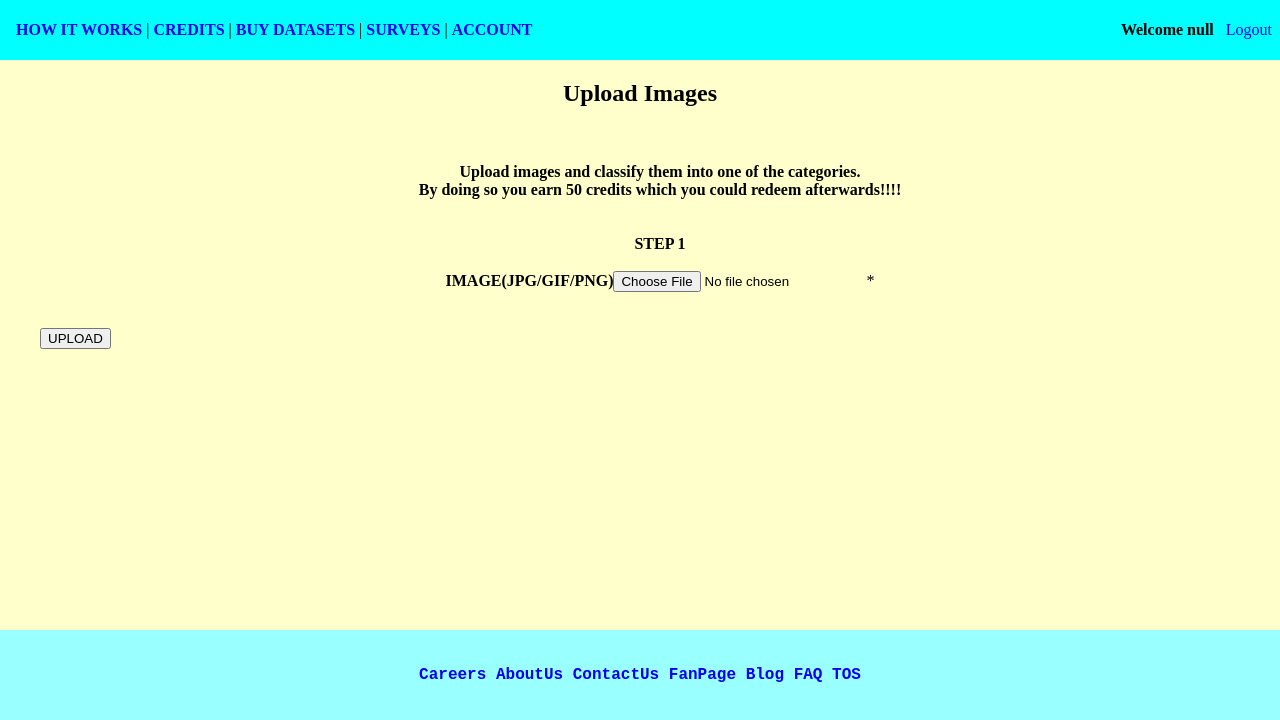
Repository: nicks707/LocoShack_TGMC-project
Page: http://localhost/ram/uploadphoto.jsp
An editor plug-in stored every save of this project. The page is shown before and after the next save, followed by the edit.
The browser window is 1280 px wide. The pictures show the whole page.
The page is served by Tomcat 9.

Above is the page before, as saved 2012-03-20 15:06:43.

After the next save:
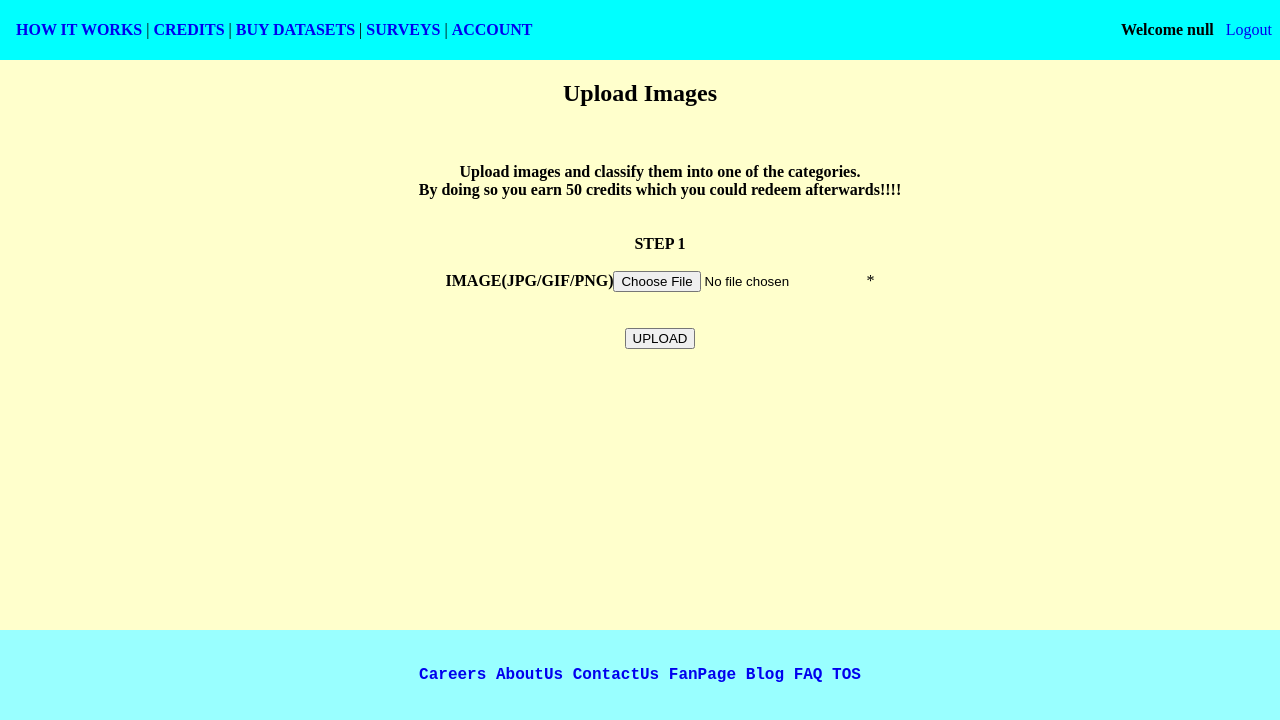
Saved 13 s later.
--- a/ram/WebContent/uploadphoto.jsp
+++ b/ram/WebContent/uploadphoto.jsp
@@ -40,7 +40,7 @@ By doing so you earn 50 credits which you could redeem afterwards!!!!</center></
 
 <center><b>STEP 1</b></center><br/>
 <b><center>IMAGE(JPG/GIF/PNG)</b><input type="file" name="image" id="image" size="40">*</center><br/><br/>
-<input type="submit" value="UPLOAD">
+<center><input type="submit" value="UPLOAD"></center>
 
 </form>
 </td></tr>
